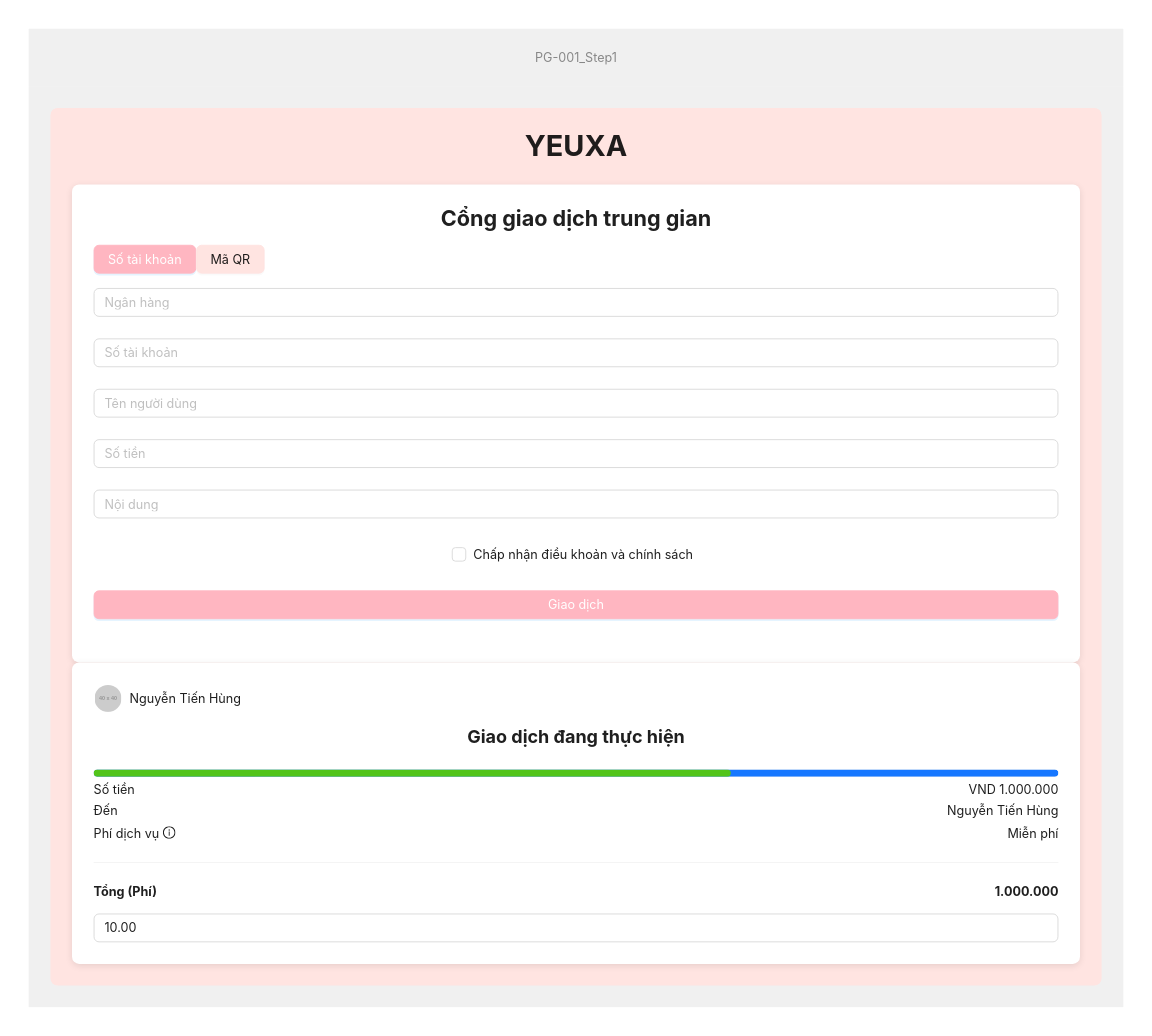
Repository: kieuduc123/YEUXA
Page: /
An editor plug-in stored every save of this project. The page is shown before and after the next save, followed by the edit.
The browser window is 1280 px wide. The pictures show the whole page, at 90% of full size.
The project was rebuilt for these pictures with package versions that can differ from the ones it lists, and the page was loaded fresh each time. Also part of the build but not shown: vite.config.ts.

Above is the page before, as saved 2025-03-26 08:53:21.

### index.html
<!doctype html>
<html lang="en">

<head>
  <meta charset="UTF-8" />
  <link rel="icon" type="image/svg+xml" href="/vite.svg" />
  <meta name="viewport" content="width=device-width, initial-scale=1.0" />
  <title>YeuXa</title>
</head>

<body>
  <div id="root"></div>
  <script type="module" src="/src/main.tsx"></script>
</body>

</html>

### src/main.tsx
import { StrictMode } from 'react'
import { createRoot } from 'react-dom/client'
import App from './App.tsx'
import "@/styles/main.scss"

createRoot(document.getElementById('root')!).render(
  <StrictMode>
    <App />
  </StrictMode>,
)

### src/App.tsx
import React from "react";
import { Layout, Form, Input, Button, Checkbox, Divider, Progress, Avatar } from "antd";
import { InfoCircleOutlined } from "@ant-design/icons";
import "antd/dist/reset.css";

const { Header, Content } = Layout;

const App = () => {
  return (
    <Layout className="layout">
      {/* Header */}
      <Header className="header">
        <div className="logo">PG-001_Step1</div>
      </Header>

      {/* Content */}
      <Content className="content">
        <div className="container">
          <h1 className="title">YEUXA</h1>

          {/* Giao diện giao dịch */}
          <div className="transaction-container">
            {/* Form nhập thông tin giao dịch */}
            <div className="form-section">
              <h2 className="form-title">Cổng giao dịch trung gian</h2>
              <div className="button-group">
                <Button type="primary" className="account-button">
                  Số tài khoản
                </Button>
                <Button className="qr-button">Mã QR</Button>
              </div>
              <Form layout="vertical">
                <Form.Item>
                  <Input placeholder="Ngân hàng" />
                </Form.Item>
                <Form.Item>
                  <Input placeholder="Số tài khoản" />
                </Form.Item>
                <Form.Item>
                  <Input placeholder="Tên người dùng" />
                </Form.Item>
                <Form.Item>
                  <Input placeholder="Số tiền" />
                </Form.Item>
                <Form.Item>
                  <Input placeholder="Nội dung" />
                </Form.Item>
                <Form.Item>
                  <Checkbox>Chấp nhận điều khoản và chính sách</Checkbox>
                </Form.Item>
                <Form.Item>
                  <Button type="primary" block className="submit-button">
                    Giao dịch
                  </Button>
                </Form.Item>
              </Form>
            </div>

            {/* Hiển thị thông tin giao dịch */}
            <div className="transaction-section">
              <div className="transaction-header">
                <Avatar src="https://placehold.co/40x40" />
                <span>Nguyễn Tiến Hùng</span>
              </div>
              <h3 className="transaction-title">Giao dịch đang thực hiện</h3>
              <Progress percent={100} success={{ percent: 66 }} showInfo={false} />

              {/* Chi tiết giao dịch */}
              <div className="transaction-info">
                <div className="info-row">
                  <span>Số tiền</span>
                  <span>VND 1.000.000</span>
                </div>
                <div className="info-row">
                  <span>Đến</span>
                  <span>Nguyễn Tiến Hùng</span>
                </div>
                <div className="info-row">
                  <span>
                    Phí dịch vụ <InfoCircleOutlined />
                  </span>
                  <span>Miễn phí</span>
                </div>
              </div>

              <Divider />

              {/* Tổng tiền */}
              <div className="total-row">
                <span className="total-label">Tổng (Phí)</span>
                <span className="total-amount">1.000.000</span>
              </div>

              {/* Input giá trị giao dịch */}
              <Input value="10.00" className="amount-input" />
            </div>
          </div>
        </div>
      </Content>
    </Layout>
  );
};

export default App;

### src/styles/main.scss
#root {
    max-width: 1280px;
    margin: 0 auto;
    padding: 2rem;
    text-align: center;
}
body {
  font-family: 'Roboto', sans-serif;
}

.layout {
  min-height: 100vh;
}

.header {
  background: #f0f0f0;
  padding: 0 24px;
}

.logo {
  color: #888;
  font-size: 14px;
}

.content {
  display: flex;
  justify-content: center;
  align-items: center;
  background: #f0f0f0;
  padding: 24px;
}

.container {
  background: #ffe4e1;
  padding: 24px;
  border-radius: 8px;
  max-width: 1200px;
  width: 100%;
}

.title {
  text-align: center;
  font-size: 32px;
  font-weight: bold;
  margin-bottom: 24px;
}

.form-container {
  display: flex;
  flex-direction: column;
  gap: 24px;
}

.form-section, .transaction-section {
  background: #fff;
  padding: 24px;
  border-radius: 8px;
  box-shadow: 0 2px 8px rgba(0, 0, 0, 0.1);
}

.form-title {
  font-size: 24px;
  font-weight: bold;
  margin-bottom: 16px;
}

.button-group {
  display: flex;
  margin-bottom: 16px;
}

.account-button {
  background: #ffb6c1;
  border-color: #ffb6c1;
}

.qr-button {
  background: #ffe4e1;
  border-color: #ffe4e1;
}

.submit-button {
  background: #ffb6c1;
  border-color: #ffb6c1;
  width: 100%;
}

.transaction-header {
  display: flex;
  align-items: center;
  gap: 8px;
  margin-bottom: 16px;
}

.transaction-title {
  font-size: 20px;
  font-weight: bold;
  margin-bottom: 16px;
}

.transaction-info {
  margin-bottom: 16px;
}

.info-row {
  display: flex;
  justify-content: space-between;
  margin-bottom: 8px;
}

.total-row {
  display: flex;
  justify-content: space-between;
  font-weight: bold;
  margin-bottom: 16px;
}

After the next save:
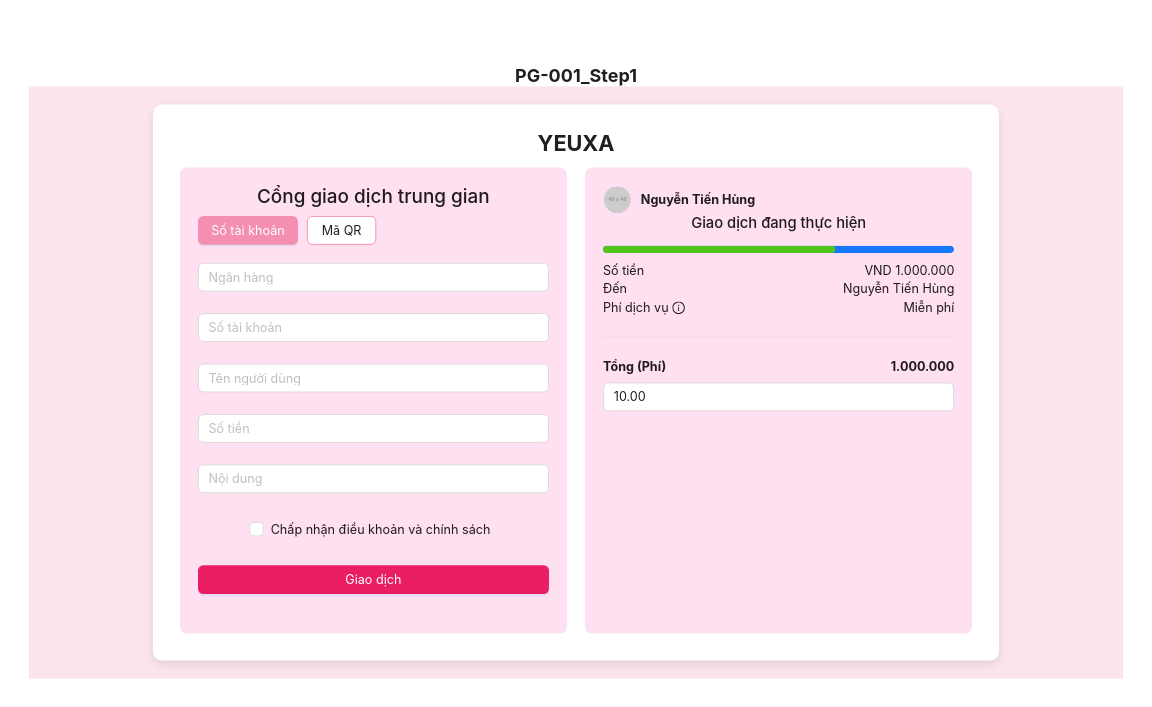
Saved 2 min 14 s later.
--- a/src/styles/main.scss
+++ b/src/styles/main.scss
@@ -4,113 +4,94 @@
     padding: 2rem;
     text-align: center;
 }
-body {
-  font-family: 'Roboto', sans-serif;
-}
-
 .layout {
   min-height: 100vh;
+  background: #fce4ec; /* Màu nền hồng nhẹ */
 }
 
 .header {
-  background: #f0f0f0;
-  padding: 0 24px;
-}
-
-.logo {
-  color: #888;
-  font-size: 14px;
+  background: #fff;
+  padding: 20px;
+  font-size: 20px;
+  text-align: center;
+  font-weight: bold;
 }
 
 .content {
   display: flex;
   justify-content: center;
-  align-items: center;
-  background: #f0f0f0;
-  padding: 24px;
+  padding: 20px;
 }
 
 .container {
-  background: #ffe4e1;
-  padding: 24px;
-  border-radius: 8px;
-  max-width: 1200px;
-  width: 100%;
+  width: 80%;
+  background: white;
+  padding: 30px;
+  border-radius: 10px;
+  box-shadow: 0px 4px 10px rgba(0, 0, 0, 0.1);
 }
 
 .title {
   text-align: center;
-  font-size: 32px;
+  font-size: 24px;
   font-weight: bold;
-  margin-bottom: 24px;
 }
 
-.form-container {
+.transaction-container {
   display: flex;
-  flex-direction: column;
-  gap: 24px;
+  gap: 20px;
 }
 
-.form-section, .transaction-section {
-  background: #fff;
-  padding: 24px;
+.form-section,
+.transaction-section {
+  flex: 1;
+  padding: 20px;
+  background: #ffe0f0;
   border-radius: 8px;
-  box-shadow: 0 2px 8px rgba(0, 0, 0, 0.1);
-}
-
-.form-title {
-  font-size: 24px;
-  font-weight: bold;
-  margin-bottom: 16px;
 }
 
 .button-group {
   display: flex;
-  margin-bottom: 16px;
+  gap: 10px;
+  margin-bottom: 20px;
 }
 
 .account-button {
-  background: #ffb6c1;
-  border-color: #ffb6c1;
+  background-color: #f48fb1;
+  border: none;
 }
 
 .qr-button {
-  background: #ffe4e1;
-  border-color: #ffe4e1;
+  background-color: #fff;
+  border: 1px solid #f48fb1;
 }
 
 .submit-button {
-  background: #ffb6c1;
-  border-color: #ffb6c1;
+  background: #e91e63;
+  border: none;
   width: 100%;
 }
 
 .transaction-header {
   display: flex;
   align-items: center;
-  gap: 8px;
-  margin-bottom: 16px;
+  gap: 10px;
+  font-weight: bold;
 }
 
-.transaction-title {
-  font-size: 20px;
-  font-weight: bold;
-  margin-bottom: 16px;
-}
-
-.transaction-info {
-  margin-bottom: 16px;
-}
-
-.info-row {
+.transaction-info .info-row {
   display: flex;
   justify-content: space-between;
-  margin-bottom: 8px;
+  margin: 5px 0;
 }
 
 .total-row {
   display: flex;
   justify-content: space-between;
   font-weight: bold;
-  margin-bottom: 16px;
 }
+
+.amount-input {
+  width: 100%;
+  margin-top: 10px;
+}
